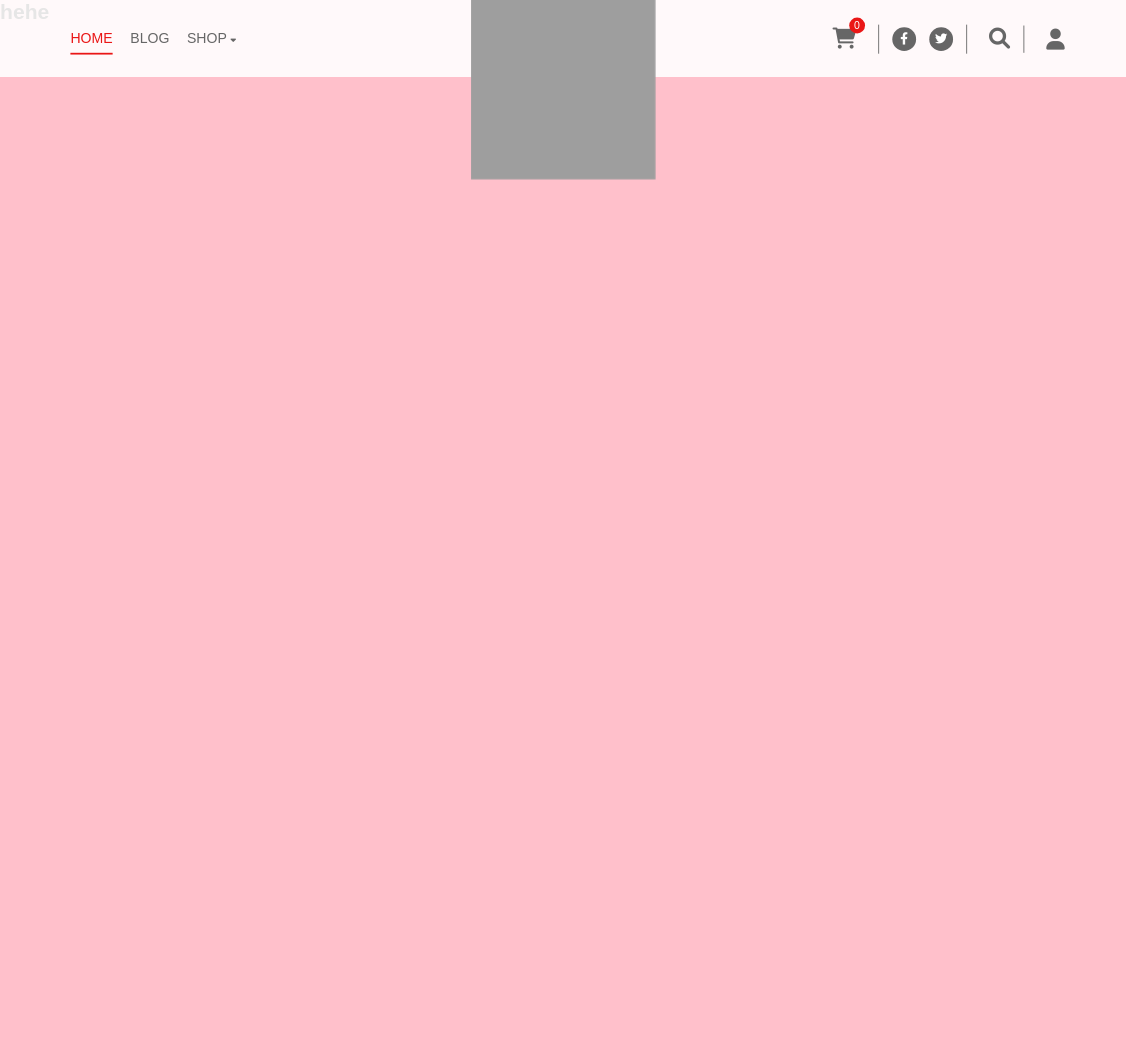
Repository: NguyenDucHung20002/header-and-scroll-top-project-cnpm
Page: blog.html
The author's editor kept a copy of each file at every save. The page is drawn from the files as they stood at one save, then again after the next save.
The browser window is 1280 px wide. The pictures show the whole page, at 88% of full size.
Pictures or frames that could not be fetched are drawn as grey boxes. The style sheet was rebuilt from its Sass, Less or Tailwind sources for each picture, by a compiler version that may differ from the author's.

Above is the page before, as saved 2022-09-15 10:26:17.
Console error: TypeError: Cannot read properties of undefined (reading 'top')

### blog.html
<!DOCTYPE html>
<html lang="en">

<head>
    <meta charset="UTF-8">
    <meta http-equiv="X-UA-Compatible" content="IE=edge">
    <meta name="viewport" content="width=device-width, initial-scale=1.0">
    <link rel="stylesheet" href="fontawesome-free-6.1.2-web/css/all.min.css">
    <link rel="stylesheet" href="reset.css">
    <link rel="stylesheet" href="dist/css/blog.css">
    <title>Document</title>
</head>

<body>
    <header>
        <div class="header-top">
            <div class="portion-upper">
                <div class="container">
                    <div class="header-left">
                        <nav>
                            <ul class="wrapper-nav-main">
                                <li class="nav-main active-nav-main"><a class="nav-link-main" href="">Home</a></li>
                                <li class="nav-main"><a class="nav-link-main" href="">Blog</a></li>
                                <li class="drop-down nav-main">
                                    <a class="nav-link-main" href="">Shop <i class="fa-solid fa-caret-down"></i></a>
                                    <div class="shop-down">
                                        <aside class="product-categories">
                                            <h2>PRODUCT CATEGORIES</h2>
                                            <nav>
                                                <ul>
                                                    <li><a href="">Dried</a></li>
                                                    <li><a href="">Frozen</a></li>
                                                    <li><a href="">Fruits</a></li>
                                                    <li><a href="">Organic</a></li>
                                                    <li><a href="">Organic farms</a></li>
                                                    <li><a href="">Uncategorized</a></li>
                                                    <li><a href="">Vegitables</a></li>
                                                </ul>
                                            </nav>
                                        </aside>

                                    </div>
                                </li>
                            </ul>
                        </nav>
                    </div>
                    <div class="header-middle">
                        <div class="icon-home">
                            <a class="link-icon-home" href=""><img
                                    src="https://media.discordapp.net/attachments/954942869192450098/1019808643706781776/4Fruits.png"
                                    alt=""></a>
                        </div>
                    </div>
                    <div class="header-right">
                        <div class="cart">
                            <div class="cart-icon">
                                <i class="fa-solid fa-cart-shopping"></i>
                            </div>
                            <div class="quantity">0</div>
                        </div>
                        <div class="info">
                            <div class="facebook icon-info"><i class="fa-brands fa-facebook-f"></i></div>
                            <div class="twitter icon-info"><i class="fa-brands fa-twitter"></i></div>
                        </div>
                        <div class="search">
                            <i class="fa-solid fa-magnifying-glass"></i>
                            <div class="form-search">
                                <input type="text" placeholder="Search...">
                                <button class="btn-search"><i class="fa-solid fa-magnifying-glass"></i></button>
                            </div>
                        </div>
                        <div class="user">
                            <i class="fa-solid fa-user"></i>
                        </div>
                    </div>
                </div>
            </div>
        </div>
    </header>
    <h2 class="hehe">hehe</h2>
</body>
<script src="https://cdnjs.cloudflare.com/ajax/libs/jquery/3.6.0/jquery.min.js"
    integrity="sha512-894YE6QWD5I59HgZOGReFYm4dnWc1Qt5NtvYSaNcOP+u1T9qYdvdihz0PPSiiqn/+/3e7Jo4EaG7TubfWGUrMQ=="
    crossorigin="anonymous" referrerpolicy="no-referrer"></script>
<script src="./blog.js"></script>

</html>

### reset.css
*,
*::after,
*::before {
  margin: 0;
  padding: 0;
  box-sizing: border-box;
}
a {
  text-decoration: none;
  /* mặc đinh là text-decoration: underline; */
}
ul,
ol {
  list-style: none;
}
input,
button {
  outline: none;
  border: none;
  background: none;
}
table,
th,
td {
  border-collapse: collapse;
}

/* Type number: delete ô increment, decrement */
input[type="number"]::-webkit-outer-spin-button,
input[type="number"]::-webkit-inner-spin-button {
  display: none;
  margin: 0;
}

### blog.js
$(document).ready(function () {
  const body = $("html, body");
  const getbody = $("body");

  //------- sự kiện scroll ---------

  const heightWin = $(window).height();
  //icon home
  const iconHome = $(".link-icon-home");
  //banner below
  const bannerBelow = document.querySelectorAll(".wrapper-fruit");
  const topBannerBelow = $(".wrapper-banner").offset().top;
  //btn scroll to top
  const btnScrollTop = $(".btn-to-top");
  actionScroll();
  // catch eventing scroll window
  $(window).scroll(function () {
    actionScroll();
  });
  function actionScroll() {
    let top = $("html, body").scrollTop();
    //scrolling animation icon home
    if (top > 10) {
      iconHome.css({
        transform: "scale(0.7) translateY(-30px)",
      });
    } else {
      iconHome.css({
        transform: "scale(1) translateY(0)",
      });
    }
    //scrolling animation banner below
    if (top + heightWin >= topBannerBelow) {
      bannerBelow.forEach((val, index) => {
        val.classList.add(`action-banner-${index + 1}`);
      });
    }
    //btn scrolling to top
    if (top >= 200) {
      btnScrollTop.addClass("action-show");
    } else {
      btnScrollTop.removeClass("action-show");
    }
  }

  //-----------sự kiện click-------------

  //----------- click to scroll to top ------------
  $(btnScrollTop).click(function (e) {
    e.preventDefault();
    body.animate(
      {
        scrollTop: 0,
      },
      500
    );
  });
});

### blog.scss
.container {
  margin: 0 auto;
  width: 1170px;
}
* {
  font-family: "Poppins", sans-serif;
}
$headerTopUP: #ffffff;
header {
  .header-top {
    z-index: 100;
    position: fixed;
    width: 100%;
    .portion-upper {
      background-color: rgba(#ffffff, 0.9);
      padding: 15px 0;
      .container {
        padding: 0 15px;
        display: flex;
        justify-content: space-between;
        align-items: center;
        position: relative;
        .header-left {
          .wrapper-nav-main {
            display: flex;
            justify-content: center;
            align-items: center;
            .nav-main {
              margin: 0 10px;
              .nav-link-main {
                padding: 10px 0;
                font-size: 16px;
                text-transform: uppercase;
                color: #666666;
                position: relative;
                &::after {
                  content: "";
                  position: absolute;
                  bottom: 0;
                  right: 0;
                  width: 0;
                  height: 2px;
                  background-color: #ea1616;
                  transition: 0.3s;
                }
                &:hover {
                  color: #ab1e32;
                  &::after {
                    left: 0;
                    width: 100%;
                  }
                }
                i {
                  font-size: 10px;
                }
              }
              &.active-nav-main {
                .nav-link-main {
                  color: #ea1616;
                  &::after {
                    content: "";
                    width: 100%;
                    height: 2px;
                  }
                }
              }
            }
            .drop-down {
              position: relative;
              &:hover {
                .shop-down {
                  opacity: 1;
                  visibility: visible;
                }
              }
              .shop-down {
                background-color: #ffffff;
                position: absolute;
                top: calc(100% + 10px);
                right: 0;
                transform: translate(50px);
                transition: 0.3s;
                opacity: 0;
                visibility: hidden;
                border: 1px rgba(#666666, 0.2) solid;
                max-width: 250px;
                .product-categories {
                  width: 100%;
                  flex: 1;
                  border-right: 1px rgba(#666666, 0.2) solid;
                  h2 {
                    width: 100%;
                    font-size: 16px;
                    font-weight: 700;
                    padding: 30px 30px;
                    white-space: nowrap;
                    color: #666666;
                    border-bottom: 1px #666666 solid;
                  }
                  ul {
                    li {
                      width: 100%;
                      a {
                        width: 100%;
                        border-top: 1px rgba(#666666, 0.3) solid;
                        display: inline-block;
                        font-size: 14px;
                        color: #666666;
                        padding: 15px 20px;
                        transition: 0.2s;
                        &:hover {
                          background-color: #3a3939;
                          color: $headerTopUP;
                        }
                      }
                    }
                  }
                }
              }
            }
          }
        }
        .header-middle {
          position: absolute;
          left: 50%;
          top: 0;
          z-index: 11;
          .icon-home {
            transform: translate(-50%, 10px);
            a {
              position: relative;
              background-color: #f0f7ef;
              transition: 0.3s;
              width: 164px;
              height: 164px;
              display: inline-block;
              border-radius: 50%;
              cursor: pointer;
              img {
                position: absolute;
                top: 45%;
                left: 50%;
                transform: translate(-50%, -50%);
                z-index: 1;
                width: 128%;
                height: 128%;
              }
            }
          }
        }
        .header-right {
          display: flex;
          justify-content: center;
          align-items: center;
          .cart {
            cursor: pointer;
            position: relative;
            .cart-icon {
              font-size: 24px;
              color: #666666;
            }
            .quantity {
              color: #ffffff;
              position: absolute;
              width: 18px;
              height: 18px;
              background-color: #ea1616;
              font-size: 12px;
              bottom: 70%;
              left: 70%;
              border-radius: 50%;
              text-align: center;
              line-height: 18px;
            }
          }
          .info {
            font-size: 14px;
            padding: 3px 15px;
            margin: 0 25px;
            border-left: 1px #666666 solid;
            border-right: 1px #666666 solid;
            display: flex;
            justify-content: center;
            align-items: center;
            .icon-info {
              width: 27px;
              height: 27px;
              cursor: pointer;
              background-color: #666666;
              border-radius: 50%;
              text-align: center;
              i {
                line-height: 27px;
                color: #ffffff;
                transition: 0.3s;
              }
            }
            .facebook {
              margin-right: 15px;
              transition: 0.3s;
              &:hover {
                background-color: #3b5998;
                i {
                  color: $headerTopUP;
                }
              }
            }
            .twitter {
              transition: 0.3s;
              &:hover {
                background-color: #55acee;
                i {
                  color: $headerTopUP;
                }
              }
            }
          }
          .search {
            font-size: 24px;
            cursor: pointer;
            color: #666666;
            position: relative;
            padding: 15px 0;
            margin-right: 15px;
            &:hover {
              .form-search {
                opacity: 1;
                visibility: visible;
                transform: translateY(10px);
              }
            }
            .form-search {
              right: 0;
              transition: 0.3s;
              opacity: 0;
              visibility: hidden;
              position: absolute;
              min-width: 280px;
              background-color: #ffffff;
              border-radius: 5px;
              padding: 15px;
              display: flex;
              input {
                flex-grow: 1;
                padding: 10px 20px;
                background-color: #f4f4f4;
                &::placeholder {
                  color: #222222;
                  transition: 0.3s;
                }
                &:focus {
                  &::placeholder {
                    opacity: 0;
                  }
                }
              }
              .btn-search {
                width: 50px;
                height: 50px;
                background-color: #f4f4f4;
                cursor: pointer;
              }
            }
          }
          .user {
            border-left: #666666 1px solid;
            padding: 3px 0;
            i {
              font-size: 24px;
              line-height: 24px;
              cursor: pointer;
              color: #666666;
              padding-left: 25px;
            }
          }
        }
      }
    }
  }
}
.hehe {
  width: 100vw;
  height: 1200px;
  background-color: pink;
}

Loaded but not shown: fontawesome-free-6.1.2-web/css/all.min.css (library)

After the next save:
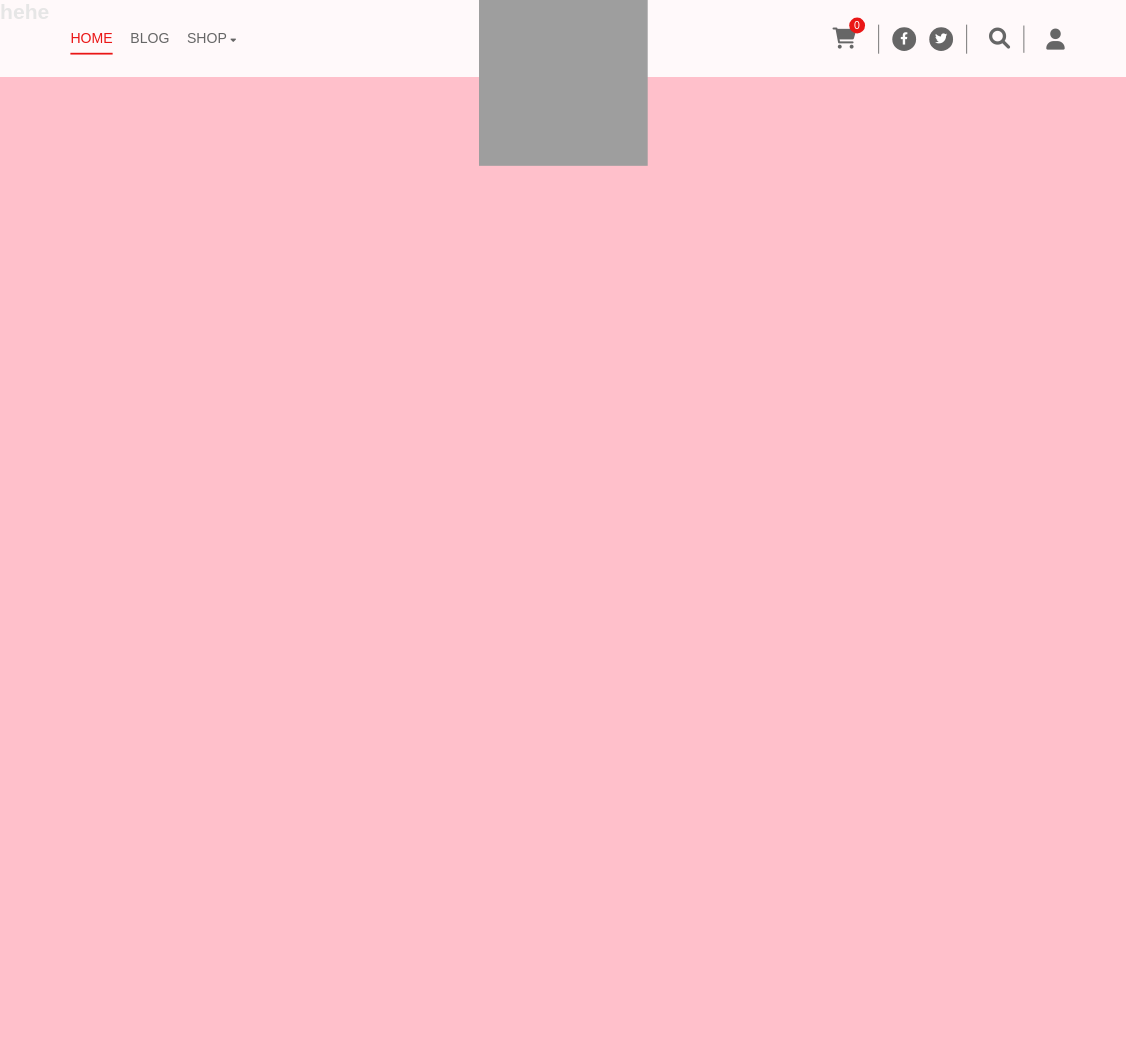
Saved 15 s later.
--- a/blog.scss
+++ b/blog.scss
@@ -131,8 +131,8 @@
               position: relative;
               background-color: #f0f7ef;
               transition: 0.3s;
-              width: 164px;
-              height: 164px;
+              width: 150px;
+              height: 150px;
               display: inline-block;
               border-radius: 50%;
               cursor: pointer;
